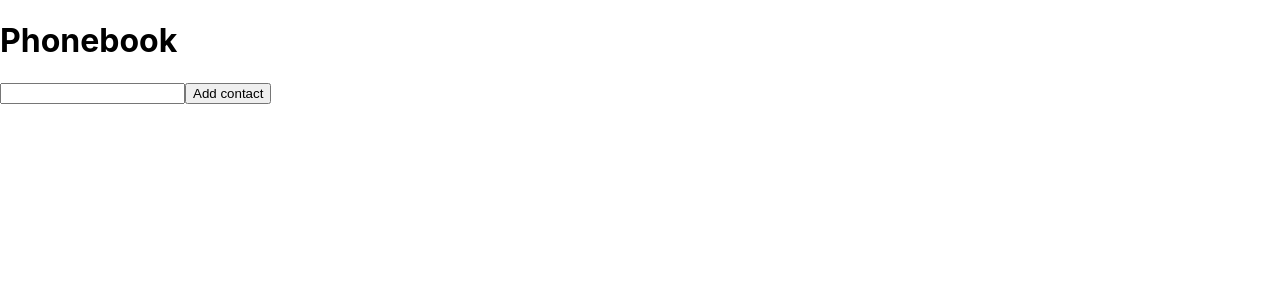
Repository: alexshlikhta/goit-react-hw-02-phonebook
Page: /
These files come from the project's save history. The page is drawn as it stood at one moment and after the next save; the edit follows.
The browser window is 1280 px wide. The pictures show the whole page.
The project was rebuilt for these pictures with package versions that can differ from the ones it lists, and the page was loaded fresh each time. Also part of the build but not shown: src/App.css.

Above is the page before, as saved 2021-12-07 22:29:51.

After the next save:
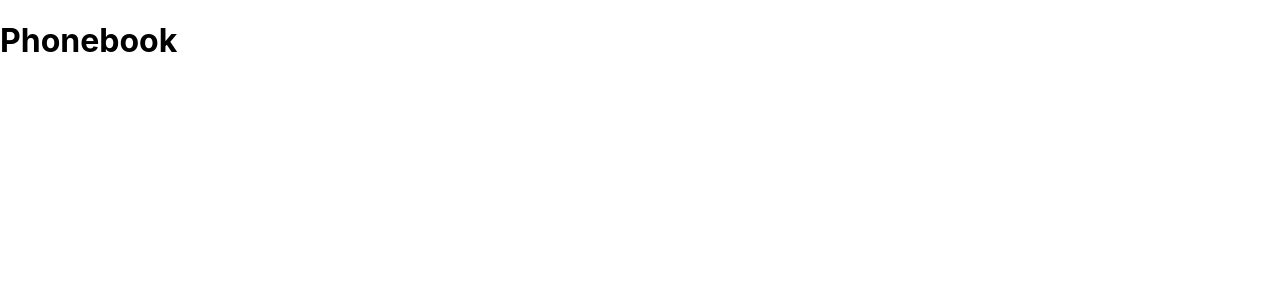
Saved 11 s later.
--- a/src/App.js
+++ b/src/App.js
@@ -35,20 +35,6 @@ export default class App extends Component {
 			<>
 				<h1>Phonebook</h1>
 
-				<form onSubmit={this.handleSubmit}>
-					<input
-						type='text'
-						name='name'
-						pattern="^[a-zA-Zа-яА-Я]+(([' -][a-zA-Zа-яА-Я ])?[a-zA-Zа-яА-Я]*)*$"
-						title="Name may contain only letters, apostrophe, dash and spaces. For example Adrian, Jacob Mercer, Charles de Batz de Castelmore d'Artagnan"
-						required
-						value={inputValue}
-						onChange={this.handleChange}
-					/>
-
-					<button type='submit'>Add contact</button>
-				</form>
-
 				<ul>
 					{this.state.contacts.map((el) => (
 						<li>{el}</li>
